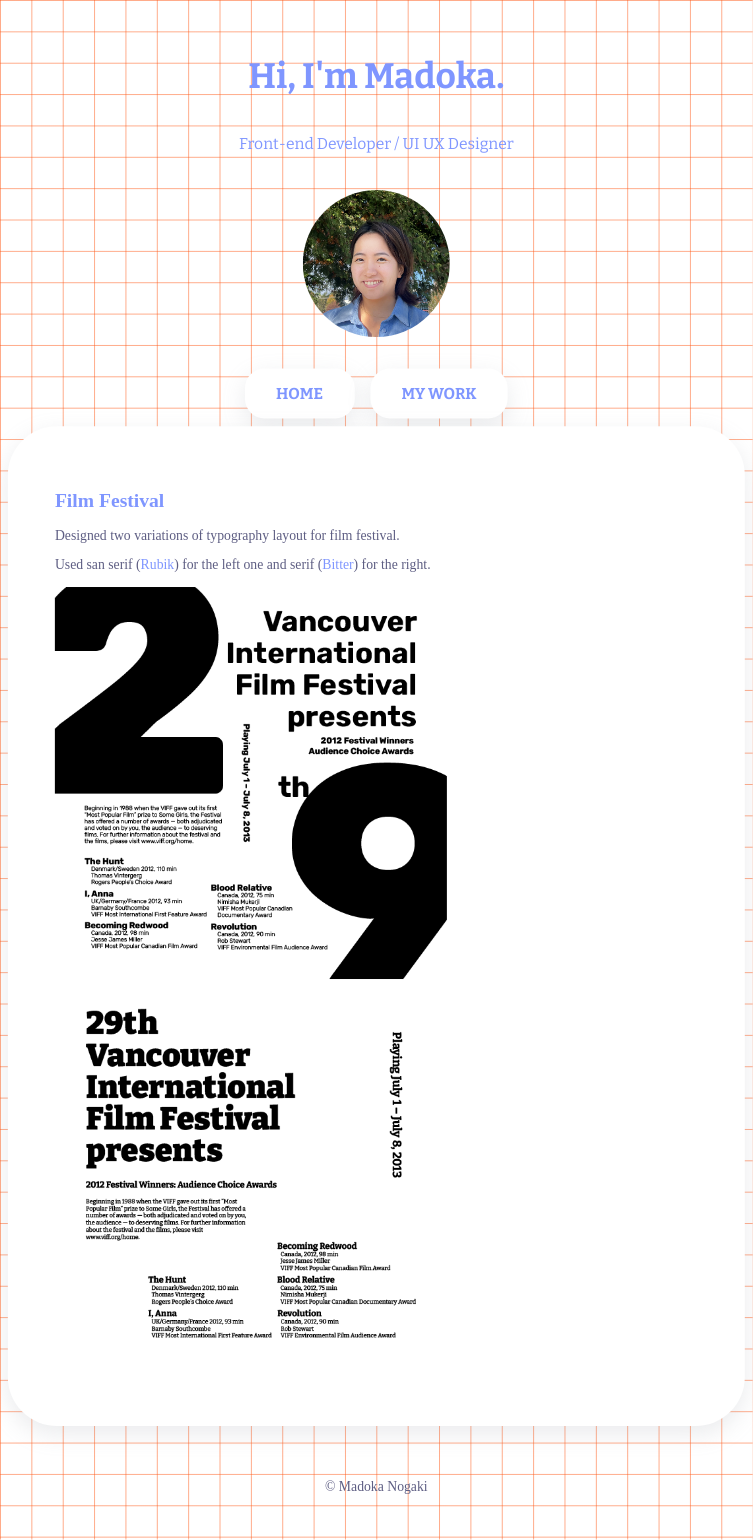
Repository: ohmaruko/portfolio
Page: /links/filmFestival
The author's editor kept a copy of each file at every save. The page is drawn from the files as they stood at one save, then again after a run of saves.
The browser window is 768 px wide. The pictures show the whole page, at 98% of full size.
The project was rebuilt for these pictures with package versions that can differ from the ones it lists, and the page was loaded fresh each time. The framework's server and built-in components were replaced by stand-ins that run in the browser. Also part of the build but not shown: next.config.mjs.

Above is the page before, as saved 2024-02-18 23:49:03.

### pages/links/filmFestival.js
import styles from '/styles/Home.module.css'
import Header from '@/components/Header'
import Footer from '@/components/Footer'
import { Open_Sans } from 'next/font/google'
import Image from 'next/image'
const openSans = Open_Sans ({subsets: ['latin']})
import Box from '@/components/Box'

export default function Works() {
  return (
    <>

      <head>
        <title>Madoka Nogaki Portfolio</title>
        <meta name="description" content="Portfolio page" />
        <meta name="viewport" content="width=device-width, initial-scale=1" />
        <link rel="icon" href="/favicon.png" />
      </head>

      <div className={styles.container}>
        <Header className={openSans.className}/>
        <main className={styles.film}>
            <div>
                <Box content={
                    <div>
                        <h2>Film Festival</h2>
                        <p>Designed two variations of typography layout for film festival.</p>
                        <p>Used san serif (<a href="https://fonts.google.com/specimen/Rubik" target='_blank'>Rubik</a>) for the left one
                        and serif (<a href="https://fonts.google.com/specimen/Bitter" target='_blank'>Bitter</a>) for the right.</p>
                        <Image src='/images/film1.png' alt='Hair Sunset Ad1' width={400} height={400}/>
                        <Image src='/images/film2.png' alt='Hair Sunset Ad1' width={400} height={400}/>

                    </div>
                }/>
            </div>
        </main>

        <div className={styles.outerContainer}>
          <Footer />
        </div>
      </div>

    </>
  )
}

### styles/globals.css
:root {
  --orange: #FF5714;
  --light-orange: rgba(255, 87, 20, 0.5);
  --blue: #7F96FF;
  --white: #fff;
  --light-yellow: #FFF6E5;
  --text: #5e5e83;
  color: var(--blue);
}

body {
  margin: 0;
  background-image:
    linear-gradient(to right, var(--light-orange) 1px, transparent 1px),
    linear-gradient(to bottom, var(--light-orange) 1px, transparent 1px);
  background-size: 2em 2em;
  background-color: var(--white);
}
h1 {
  font-size: 64px;
}
h2 {
  font-size: 24px;
}
h6 {
  font-size: 20px;
}
p {
  color: var(--text);
  font-size: 16px;
}
@media (max-width: 820px){
  h1 {
    font-size: 36px;
  }
  h2 {
    font-size: 20px;
  }
  h6 {
    font-size: 16px;
  }
  p {
    font-size: 14px;
  }
}

### styles/Home.module.css
.container {
  display: flex;
  flex-direction: column;
  align-items: center;
  min-height: 100vh;
  width: 100%;
}
/* .header {
  width: 70%;
} */
.outerContainer {
  display: flex;
  flex-wrap: wrap;
  width: 70%;
  justify-content: center;
  margin: 2em auto;
}
.box1 {
  width: 60%;
}
.box2 {
  width: 40%;
}
.link {
  text-decoration: none;
  color: var(--text);
  display: flex;
  align-items: center;
  gap: 1rem;
}
.logo {
  fill: var(--blue);
  padding: 5px;
  border-radius: 10px;
}
.link:hover .logo{
  background-color: var(--blue);
  fill: var(--white);
}
.skill {
  display: flex;
  gap: 1rem;
}
.footer {
  margin: 2rem;
}
.works {
  margin: 2rem;
  width: 70%;
  display: flex;
  flex-wrap: wrap;
  justify-content: center;
}
.donuts {
  width: 70%;
}
.ads {
  display: flex;
  flex-wrap: wrap;
  justify-content: center;
  gap: 1rem;
}
.logoContainer {
  display: flex;
  flex-direction: column;
}
.logoInner{
  display: flex;
  justify-content: space-evenly;
}
.film a{
  text-decoration: none;
  color: var(--blue);
}


/* mobile */
@media (max-width: 820px){
  .box1 {
    flex-basis: 100%;
  }
  .box2 {
    flex-basis: 100%;
  }
  .outerContainer {
    width: 90%;
  }
  .donuts {
    width: 90%;
  }
  .hair {
    width: 90%;
  }
}

### components/Header/index.js
import styles from './Header.module.css'
import Image from 'next/image'
import Link from 'next/link'
import { Bitter } from 'next/font/google'
const bitter = Bitter ({subsets: ['latin']})

export default function Header() {
    return (
        <header className={`${styles.header}, ${bitter.className}`}>
            <div className={styles.banner}>
                <div>
                    <h1>Hi, I'm Madoka.</h1>
                    <h6 style={{fontWeight: 400}}>Front-end Developer / UI UX Designer</h6>
                </div>
                <Image src="/images/profile.png" alt="profile image" width={150} height={150} className={styles.img} />
            </div>
            <div className={styles.menu}>
                <Link href='/'>HOME</Link>
                <Link href='/works'>MY WORK</Link>
            </div>
        </header>

    )
}

### components/Footer/index.js
import styles from "./Footer.module.css"

export default function Footer() {
    return (
        <>
            <p>&copy; Madoka Nogaki</p>
        </>
    )
}

### components/Box/index.js
import styles from "./Box.module.css"

export default function Box({
    title,
    content,
}) {
    return (
        <div className={styles.box} style={{}}>
            <h2 style={{color: "var(--blue)"}}>{title}</h2>
            {content}
        </div>
    )
}

### components/Header/Header.module.css
.header {
    width: 100%;
}
.banner {
    font-size: 2em;
    color: var(--blue);
    display: flex;
    justify-content: center;
    align-items: center;
    gap: 2rem;
    margin: 3rem 0;
}
.img {
    border-radius: 50%;
}
.menu {
    display: flex;
    justify-content: center;
    gap: 1rem;
}
.menu a {
    text-decoration: none;
    color: var(--blue);
    font-weight: bold;
    background-color: var(--white);
    box-shadow: rgba(149, 157, 165, 0.2) 0px 8px 24px;
    border-radius: 20px;
    padding: 1rem 2rem;
}
.menu a:hover {
    background-color: var(--blue);
    color: var(--white);
}

@media (max-width: 820px){
    .banner{
        display: flex;
        flex-direction: column;
        margin: 2rem 1rem;
        text-align: center;
        gap: 0;
    }
}

### components/Box/Box.module.css
.box {
    background-color: var(--white);
    padding: 3em;
    margin: 0.5em;
    border-radius: 50px;
    box-shadow: rgba(149, 157, 165, 0.2) 0px 8px 24px;
}

Loaded but not shown: pages/_app.js (common file); pages/_document.js (common file); components/Footer/Footer.module.css (no stored copy; drawn as an empty file)

After the next 3 saves:
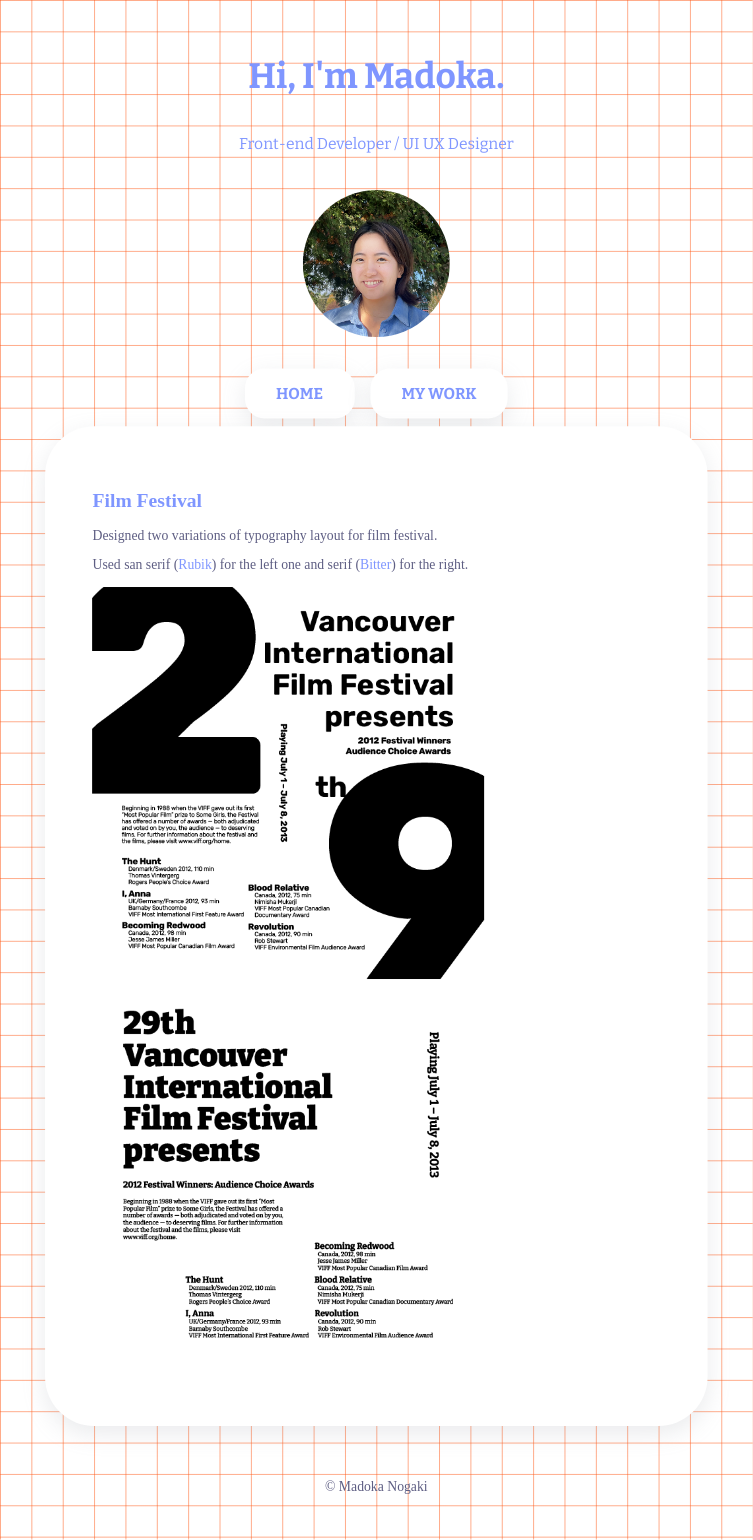
The 3 saves are shown as one change because they came seconds apart.
The last was saved 2 min 19 s later.
--- a/styles/Home.module.css
+++ b/styles/Home.module.css
@@ -91,4 +91,7 @@
   .hair {
     width: 90%;
   }
+  .film {
+    width: 90%;
+  }
 }
